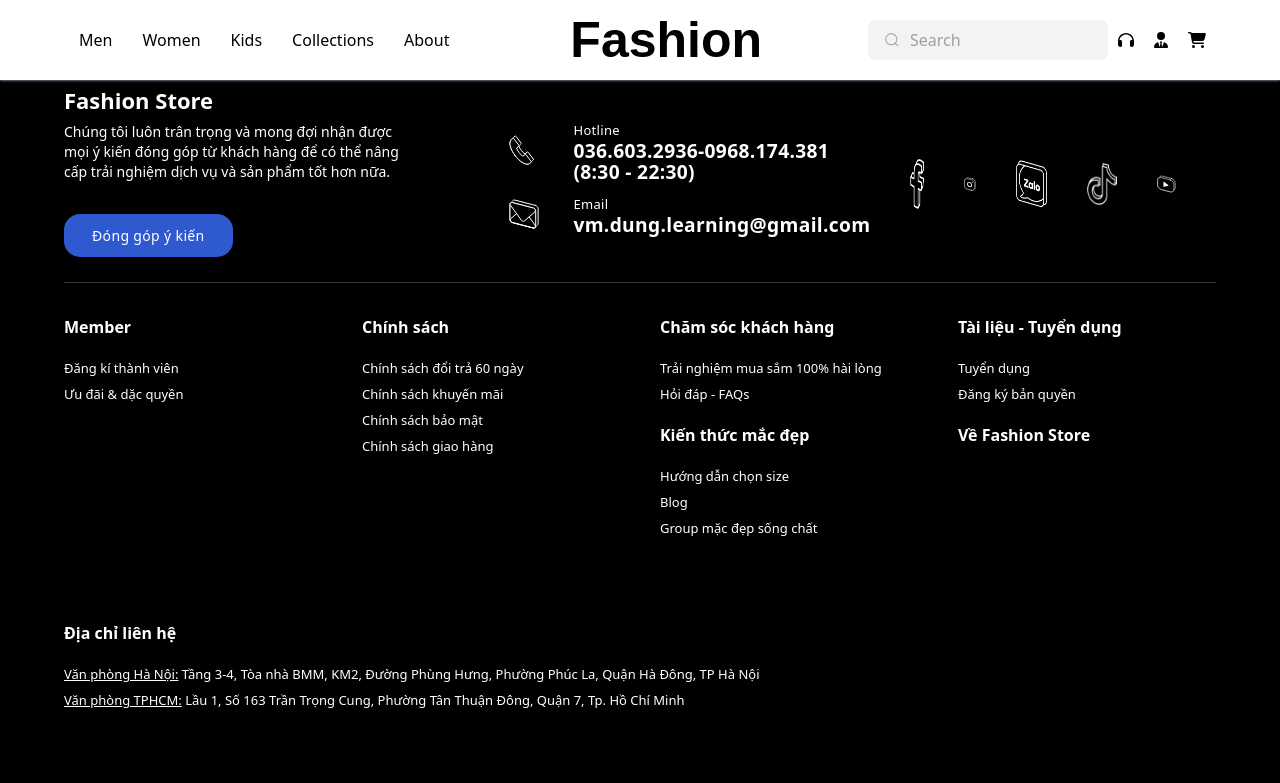
Repository: VuSnow/Software_Engineering
Page: /products
An editor plug-in stored every save of this project. The page is shown before and after the next save, followed by the edit.
The browser window is 1280 px wide. The pictures show the whole page.
The project was rebuilt for these pictures with package versions that can differ from the ones it lists, and the page was loaded fresh each time. The framework's server and built-in components were replaced by stand-ins that run in the browser. Also part of the build but not shown: next.config.js, src/components/cart/CartItem/CartItem.tsx, src/components/cart/Cart.tsx.

Above is the page before, as saved 2023-06-25 10:13:55.

After the next save:
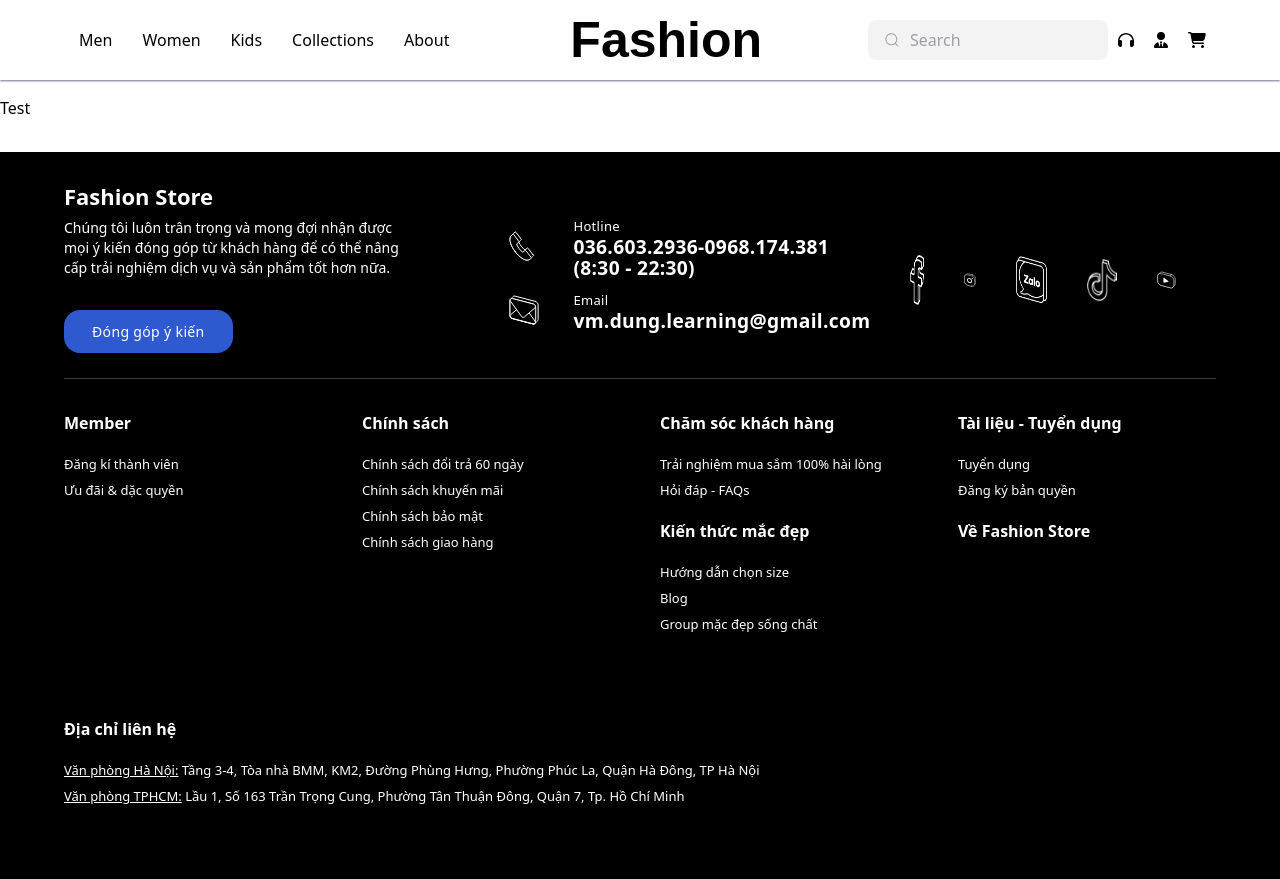
Saved 21 s later.
--- a/src/app/products/page.tsx
+++ b/src/app/products/page.tsx
@@ -2,7 +2,7 @@ import React from "react";
 
 const Products = () => {
   return (
-    <section>
+    <section className="mt-24">
       <h1>Test</h1>
     </section>
   );
